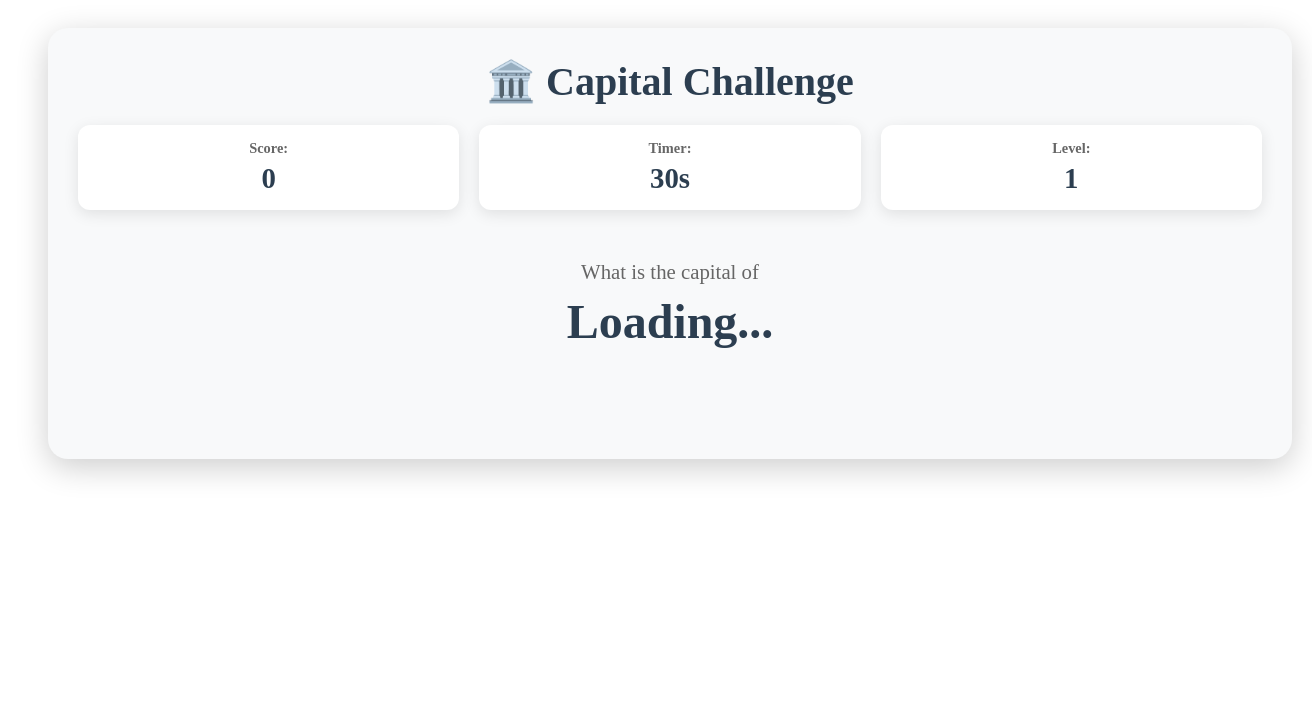
Repository: Amr-Ma7moud/FlagScape
Page: capitalChallenge.html
These files come from the project's save history. The page is drawn as it stood at one moment and after the next save; the edit follows.
The browser window is 1280 px wide. The page is 1312 px wide, then 1280 px, so the pictures cover 1312 px, including what lies to the right of the window. The pictures show the whole page.
The page's requests for data from a server got no answer.

Above is the page before, as saved 2025-12-02 01:53:53.
Console error: SyntaxError: Invalid left-hand side in assignment

After the next save:
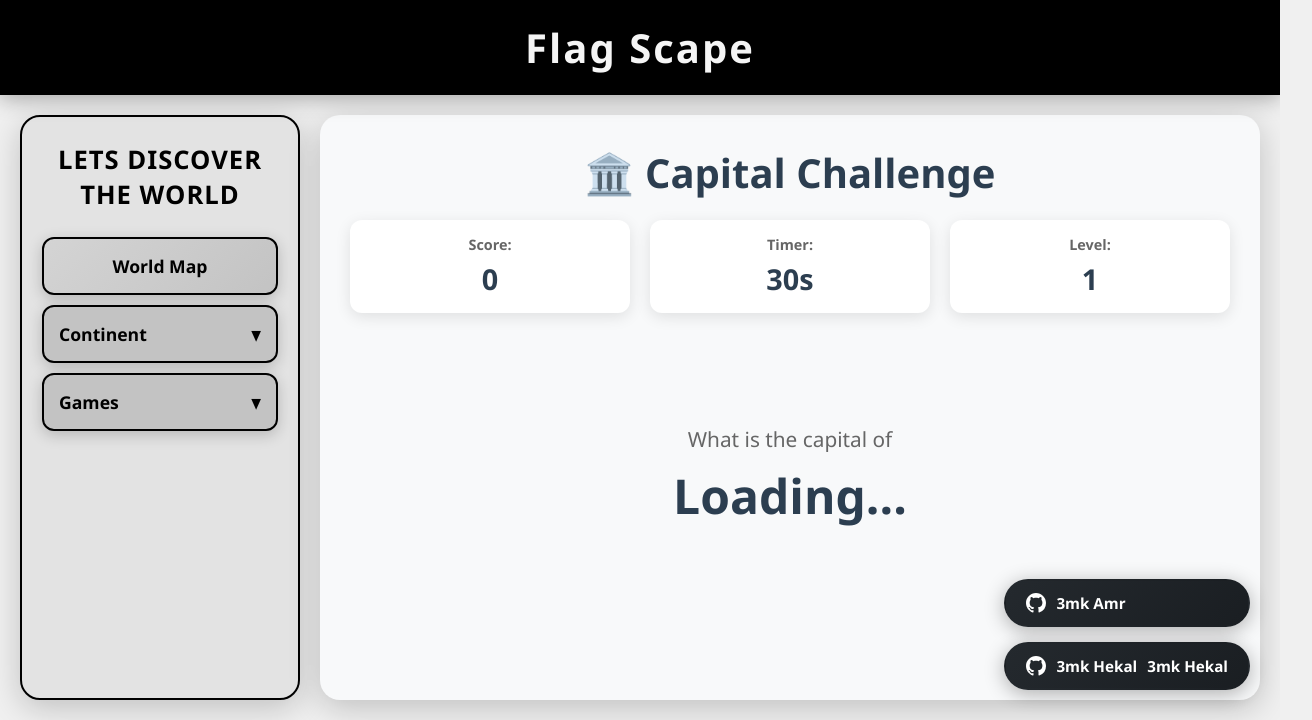
Console error: TypeError: Cannot read properties of undefined (reading 'capital')
Saved 74 s later.
--- a/js/capitalChallenge.js
+++ b/js/capitalChallenge.js
@@ -6,7 +6,7 @@ async function initializePage() {
   await embedHTML("header", "/htmlUtil/header.html");
   await embedHTML("sideBar", "/htmlUtil/sideBar.html");
   await embedHTML("fab", "/htmlUtil/fab.html");
-  document.getElementById("hekal")?.appendChild(document.createElement("span")).innerHTML = "3mk Hekal";
+  document.getElementById("hekal").appendChild(document.createElement("span")).innerHTML = "3mk Hekal";
 
   startGame();
 }
